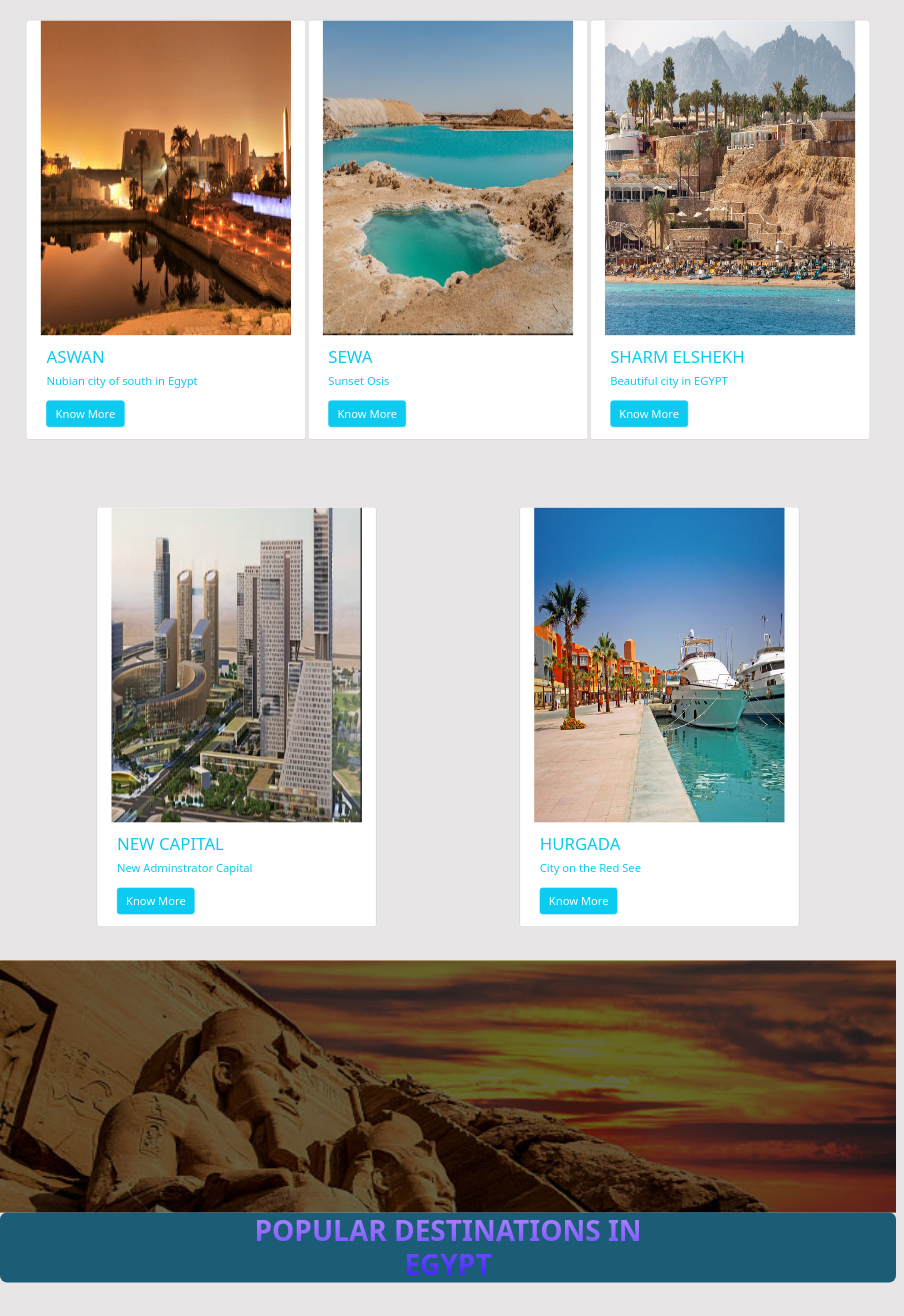
Repository: Ahmed123rezk123/P-temp
Page: index.html
The author's editor kept a copy of each file at every save. The page is drawn from the files as they stood at one save, then again after the next save.
The browser window is 1280 px wide. The page is 1292 px wide, so the pictures cover 1292 px, including what lies to the right of the window. The pictures show the part of the page from y = 4313 to 6193 px (the page is 6193 px tall before and 5833 px after), at 70% of full size.
Backgrounds fixed to the window are drawn as part of the page.

Above is the page before, as saved 2024-02-18 11:48:59.

### index.html
<!DOCTYPE html>
<html lang="en">
  <head>
    <meta charset="UTF-8" />
    <meta name="viewport" content="width=device-width, initial-scale=1.0" />
    <title>Document</title>
    <link rel="stylesheet" href="CSS/all.css" />
    <link
    href="https://cdn.jsdelivr.net/npm/bootstrap@5.1.3/dist/css/bootstrap.min.css"
    rel="stylesheet"
    integrity="sha384-1BmE4kWBq78iYhFldvKuhfTAU6auU8tT94WrHftjDbrCEXSU1oBoqyl2QvZ6jIW3"
    crossorigin="anonymous"
    />
    <link rel="stylesheet" href="CSS/style.css" />
  </head>
  <body>
    <nav class="navbar navbar-expand-lg bg-light sticky-top opacity-75">
      <div class="container-fluid">
        <a class="navbar-brand egypt p-lg-3" href="#">
          <img
            src="images/e2533023876439.5632a45cc17d8.jpg"
            class="img-fluid logo mb-2"
            alt=""
          />
          EGYPT
        </a>
        <button
          class="navbar-toggler"
          type="button"
          data-bs-toggle="collapse"
          data-bs-target="#navbarSupportedContent"
          aria-controls="navbarSupportedContent"
          aria-expanded="false"
          aria-label="Toggle navigation"
        >
          <i class="fas fa-bars"></i>
        </button>
        <div class="collapse navbar-collapse" id="navbarSupportedContent">
          <ul class="navbar-nav me-auto mb-2 mb-lg-0">
            <li class="nav-item">
              <a
                class="nav-link active text-info p-lg-2"
                aria-current="page"
                href="#"
                >Home</a
              >
            </li>
            <li class="nav-item">
              <a class="nav-link text-info p-lg-2" href="#">Link</a>
            </li>
            <li class="nav-item dropdown">
              <a
                class="nav-link dropdown-toggle text-info border rounded border-info border-2 trips p-lg-2"
                href="#"
                id="navbarDropdown"
                role="button"
                data-bs-toggle="dropdown"
                aria-expanded="false"
              >
                Trips
              </a>
              <ul class="dropdown-menu" aria-labelledby="navbarDropdown">
                <li><a class="dropdown-item text-info" href="#">Cairo</a></li>
                <li><a class="dropdown-item text-info" href="#">Alex</a></li>
                <li><hr class="dropdown-divider text-info" /></li>
                <li><a class="dropdown-item text-info" href="#">Aswan</a></li>
                <li><a class="dropdown-item text-info" href="#">Luxor</a></li>
                <li>
                  <a class="dropdown-item text-info" href="#">Sharm Elsaikh</a>
                </li>
                <li>
                  <a class="dropdown-item text-info" href="#">El Glala</a>
                </li>
                <li>
                  <a class="dropdown-item text-info" href="#">More ...</a>
                </li>
              </ul>
            </li>
            <li class="nav-item">
              <a class="nav-link disabled text-info p-lg-2">About</a>
            </li>
          </ul>
          <form class="d-flex">
            <input
              class="form-control border-info me-2"
              type="search"
              placeholder="Search"
              aria-label="Search"
            />
            <button class="btn btn-info me-2 text-light" type="submit">
              Search
            </button>
            <button type="button" class="btn btn-info text-light"  data-bs-toggle="modal" data-bs-target="#exampleModal">
              Login
            </button>

          </form>
        </div>
      </div>
    </nav>
    <!-- start model -->
    <div
    class="modal fade"
    id="exampleModal"
    tabindex="-1"
    aria-labelledby="exampleModalLabel"
    aria-hidden="true"
  >
    <div class="modal-dialog">
      <div class="modal-content">
        <div class="modal-header bg-info">
          <h5 class="modal-title   text-white " id="exampleModalLabel">
            Login
          </h5>
          <button
            type="button"
            class="btn-close bg-light"
            data-bs-dismiss="modal"
            aria-label="Close"
          ></button>
        </div>
        <div class="modal-body text-info">
          <form>
            <div class="mb-3">
              <label for="exampleInputEmail1" class="form-label">Email address</label>
              <input type="email" class="form-control  border border-info" id="exampleInputEmail1" aria-describedby="emailHelp">
              <div id="emailHelp" class="form-text">We'll never share your email with anyone else.</div>
            </div>
            <div class="mb-3">
              <label for="exampleInputPassword1" class="form-label">Password</label>
              <input type="password" class="form-control border border-info" id="exampleInputPassword1">
            </div>
            <div class="form-check form-switch   ">
              <input class="form-check-input bg-info" type="checkbox" role="switch" id="flexSwitchCheckChecked" checked>
              <label class="form-check-label " for="flexSwitchCheckChecked">Remmember me</label>
            </div>
          </form>
        </div>

        <div class="modal-footer">
            <button type="button" class="btn btn-info text-white">Login</button>
          <button type="button" class="btn btn-info text-white"  data-bs-dismiss="modal"  aria-label="Close">
            Close
          </button>

        </div>
      </div>

    </div>
  </div>
  <!-- end model -->

<!--  Section 1-->
<ul class="links">
  <li><a href="#"><i class="fab fa-facebook-square"></i></a></li>
  <li><a href="#"><i class="fab fa-whatsapp-square"></i></a></li>
  <li><a href="#"><i class="fab fa-twitter-square"></i></a></li>
  <li><a href="#"><i class="fab fa-linkedin"></i></a></li>
  <li><a href="#"><i class="fab fa-instagram-square"></i></a></li>
</ul>
<div id="carouselExampleCaptions" class="carousel carousel-white slide" data-bs-ride="carousel">
  <div class="carousel-indicators">
    <button type="button" data-bs-target="#carouselExampleCaptions" data-bs-slide-to="0" class="active" aria-current="true" aria-label="Slide 1"></button>
    <button type="button" data-bs-target="#carouselExampleCaptions" data-bs-slide-to="1" aria-label="Slide 2"></button>
    <button type="button" data-bs-target="#carouselExampleCaptions" data-bs-slide-to="2" aria-label="Slide 3"></button>
    <button type="button" data-bs-target="#carouselExampleCaptions" data-bs-slide-to="3" aria-label="Slide 4"></button>
    <button type="button" data-bs-target="#carouselExampleCaptions" data-bs-slide-to="4" aria-label="Slide 5"></button>
    <button type="button" data-bs-target="#carouselExampleCaptions" data-bs-slide-to="5" aria-label="Slide 6"></button>
  </div>
  <div class="carousel-inner">
    <div class="carousel-item active" data-bs-interval="10000">
      <img src="images/cairo.jpg" class="" alt="...">

      <div class="carousel-caption d-none d-md-block content">
        <h1 class="text-white">CAIRO</h1>
        <p class="text-white">We had such a great time in Egypt</p>
        <button type="button" class="btn btn-info text-white">Visit Us</button>
      </div>

    </div>
    <div class="carousel-item" data-bs-interval="2000">
      <img src="images/Alex.jpg" class="" alt="...">
      <div class="carousel-caption d-none d-md-block content">
        <h1 class="text-white">ALEX</h1>
        <p class="text-white">Alex is great</p>
        <button type="button" class="btn btn-info text-white">Visit Us</button>
      </div>
    </div>
    <div class="carousel-item">
      <img src="images/sharm.jpg" class="" alt="...">
      <div class="carousel-caption d-none d-md-block content">
        <h1 class="text-white">Sharm Elshekh</h1>
        <p class="text-white">Sharm is beautiful</p>
        <button type="button" class="btn btn-info text-white">Visit Us</button>
      </div>
    </div>
    <div class="carousel-item">
      <img src="images/glala.jpg" class="" alt="...">
      <div class="carousel-caption d-none d-md-block col-sm-12 content">
        <h1 class="text-white">El Glala</h1>
        <p class="text-white">I love El Glala</p>
        <button type="button" class="btn btn-info text-white">Visit Us</button>
      </div>
    </div>
    <div class="carousel-item">
      <img src="images/aswan.jpg" class="" alt="...">
      <div class="carousel-caption d-none d-md-block content">
        <h1 class="text-white">Aswan</h1>
        <p class="text-white">I want Visit Aswan</p>
        <button type="button" class="btn btn-info text-white">Visit Us</button>
      </div>
    </div>
    <div class="carousel-item">
      <img src="images/الأقصر-2.jpg" class="" alt="...">
      <div class="carousel-caption d-none d-md-block content">
        <h1 class="text-white">Luxor</h1>
        <p class="text-white">I love this city</p>
        <button type="button" class="btn btn-info text-white">Visit Us</button>
      </div>
    </div>
  </div>
  <button class="carousel-control-prev" type="button" data-bs-target="#carouselExampleCaptions" data-bs-slide="prev">
    <span class="carousel-control-prev-icon text-white" aria-hidden="true"></span>
    <span class="visually-hidden">Previous</span>
  </button>
  <button class="carousel-control-next" type="button" data-bs-target="#carouselExampleCaptions" data-bs-slide="next">
    <span class="carousel-control-next-icon" aria-hidden="true"></span>
    <span class="visually-hidden">Next</span>
  </button>
</div>
<!-- Start section 2 -->
<div class="section2 mb-3 ">
  <div class="content p-4">
    <h2>WELCOME</h2>
    <p>Lorem ipsum, dolor sit amet consectetur adipisicing elit. Nihil provident ullam dolores distinctio maxime nesciunt fugit atque, cumque perspiciatis error vero tempore minus maiores molestiae et rerum voluptatum debitis! Dolorum.</p>
    <button class="btn btn-light text-info">Learn more</button>
  </div>
</div>
<hr>
<!-- End section 2 -->

<!-- start section 3 -->
<div class="section3 mb-3 ">
  <h1>Popular destinations in Egypt</h1>
</div>
<!-- End section 3 -->

<!-- Start section 4 -->
<div id="accordion">

  <div class="card">
    <div class="card-header">
      <a class="btn" data-bs-toggle="collapse" href="#collapseOne">
        GIZA CITY
      </a>
    </div>
    <div id="collapseOne" class="collapse show" data-bs-parent="#accordion">
      <div class="card-body bg-light">
        Lorem ipsum dolor sit, amet consectetur adipisicing elit. Provident possimus earum dolorem quasi ipsum mollitia amet laborum rem soluta.
      </div>
    </div>
  </div>

  <div class="card">
    <div class="card-header card-head">
      <a class="collapsed btn" data-bs-toggle="collapse" href="#collapseTwo">
       LUXOR CITY
      </a>
    </div>
    <div id="collapseTwo" class="collapse" data-bs-parent="#accordion">
      <div class="card-body">
        Lorem ipsum dolor sit, amet consectetur adipisicing elit. Provident possimus earum dolorem quasi ipsum mollitia amet laborum rem soluta.
      </div>
    </div>
  </div>

  <div class="card">
    <div class="card-header card-head">
      <a class="collapsed btn" data-bs-toggle="collapse" href="#collapseThree">
      SHARM ElSAIKH
      </a>
    </div>
    <div id="collapseThree" class="collapse" data-bs-parent="#accordion">
      <div class="card-body">
        Lorem ipsum dolor sit, amet consectetur adipisicing elit. Provident possimus earum dolorem quasi ipsum mollitia amet laborum rem soluta.
      </div>
    </div>
  </div>
</div>
<hr>
<!-- End Section 4 -->


<!-- Start section 5 -->
<div class="section5 ">
  <h1>Translate From Arabic To English</h1>
</div>
<!-- End section 5 -->


<!-- start section 6 -->
  <div class="section6">
    <div class="content">
      <p class="text-white">Write and Translate <button>Press Here</button></p>
      <button type="button" class="btn  text-info bg-white mb-3" data-bs-toggle="tooltip" data-bs-placement="right-bottom" title="Copy to Clipboard"  data-bs-toggle="popover" title="Popover Header" data-bs-content="Some content inside the popover">Copy</button>
      <div class="form-floating">
        <textarea class="form-control" placeholder="translate:" id="floatingTextarea" style="height: 200px"></textarea>
        <label for="floatingTextarea">Translate:</label>
      </div>
    </div>
  </div>
  <hr>
<!-- End section 6 -->
<!-- Start Section 7 -->
<div class="section7 ">
  <h1>Translate From Arabic To French</h1>
</div>
<!-- End Section 7 -->

<!-- start section 8 -->
<div class="section8">
  <div class="content">
    <p class="text-white">Write and Translate <button>Press Here</button></p>
    <button class="btn  text-info bg-white mb-3">Copy</button>
    <div class="form-floating">
      <textarea class="form-control" placeholder="translate:" id="floatingTextarea" style="height: 200px"></textarea>
      <label for="floatingTextarea">Translate:</label>
    </div>
  </div>
</div>
<hr>
<!-- End section 8 -->


<!-- Start Section 9 -->
<div class="section7 ">
  <h1>Translate From Arabic To German</h1>
</div>
<!-- End Section 9 -->

<!-- start section 10 -->
<div class="section8">
  <div class="content">
    <p class="text-white">Write and Translate <button>Press Here</button></p>
    <button class="btn  text-info bg-white mb-3">Copy</button>
    <div class="form-floating">
      <textarea class="form-control" placeholder="translate:" id="floatingTextarea" style="height: 200px"></textarea>
      <label for="floatingTextarea">Translate:</label>
    </div>
  </div>
</div>
<hr>
<!-- End section 10 -->
<!-- Start Section 11 -->
<div class="section11 ">
<div class="overlay">
 <div class="image">
 </div>
</div>
 </div>
<!-- End Section 11 -->
  <!-- Start Section 12 -->
  <div class="section12 text-center mb-5">
    <h1>Popular destinations in Egypt</h1>
  </div>
  <!-- End section 12 -->

  <!-- Start Section 13 -->
    <div class="section13 ">
      <div class="row  d-flex justify-content-around p-5">
      <div class="col-sm-4 card rounded-3" style="width:400px; height: 600px;">
        <img class="card-img-top rounded-top img-fluid ps-2 pe-2 " style="height: 450px;" src="images/cairo-city-egypt-2020(visit).jpg" alt="Card image">
        <div class="card-body">
          <h4 class="card-title text-info">CAIRO</h4>
          <p class="card-text text-info">Capital of Egypt</p>
          <a href="#" class=" btn btn-info text-white">Know More</a>
        </div>
      </div>

      <div class="col-sm-4 card rounded-3" style="width:400px; height: 600px;">
        <img class="card-img-top rounded-top img-fluid ps-2 pe-2 " style="height: 450px;" src="images/Alexandria-City(visit).jpg" alt="Card image">
        <div class="card-body">
          <h4 class="card-title text-info">ALEXANDRIA</h4>
          <p class="card-text text-info">Amazing veiw</p>
          <a href="#" class=" btn btn-info text-white">Know More</a>
        </div>
      </div>

      <div class="col-sm-4 card rounded-3" style="width:400px; height: 600px;">
        <img class="card-img-top rounded-top img-fluid ps-2 pe-2 " style="height: 450px;" src="images/visit1(luxor).jpg" alt="Card image">
        <div class="card-body">
          <h4 class="card-title text-info">LUXOR</h4>
          <p class="card-text text-info">The Capital of ancient Egyptains</p>
          <a href="#" class=" btn btn-info text-white">Know More</a>
        </div>
      </div>
      </div>
      <div class="row d-flex justify-content-around p-5">
      <div class="col-sm-4 card rounded-3" style="width:400px; height: 600px;">
        <img class="card-img-top rounded-top img-fluid ps-2 pe-2 " style="height: 450px;" src="images/visit2(aswan).jpg" alt="Card image">
        <div class="card-body">
          <h4 class="card-title text-info">ASWAN</h4>
          <p class="card-text text-info">Nubian city of south in Egypt</p>
          <a href="#" class=" btn btn-info text-white">Know More</a>
        </div>
      </div>

      <div class="col-sm-4 card rounded-3" style="width:400px; height: 600px;">
        <img class="card-img-top rounded-top img-fluid ps-2 pe-2 " style="height: 450px;" src="images/visit3(sewa).png" alt="Card image">
        <div class="card-body">
          <h4 class="card-title text-info">SEWA</h4>
          <p class="card-text text-info">Sunset Osis</p>
          <a href="#" class=" btn btn-info text-white">Know More</a>
        </div>
      </div>

      <div class="col-sm-4 card rounded-3" style="width:400px; height: 600px;">
        <img class="card-img-top rounded-top img-fluid ps-2 pe-2 " style="height: 450px;" src="images/sharm-el-sheikh-1.jpg" alt="Card image">
        <div class="card-body">
          <h4 class="card-title text-info">SHARM ELSHEKH</h4>
          <p class="card-text text-info">Beautiful city in EGYPT</p>
          <a href="#" class=" btn btn-info text-white">Know More</a>
        </div>
      </div>
</div>
      <div class="row d-flex justify-content-around p-5">
      <div class=" col-sm-6 card rounded-3" style="width:400px; height: 600px;">
        <img class="card-img-top rounded-top img-fluid ps-2 pe-2 " style="height: 450px;" src="images/new bulidimg.jpg" alt="Card image">
        <div class="card-body">
          <h4 class="card-title text-info">NEW CAPITAL</h4>
          <p class="card-text text-info">New Adminstrator Capital</p>
              <a href="#" class=" btn btn-info text-white">Know More</a>
        </div>
      </div>

      <div class="col-sm-6 card rounded-3" style="width:400px; height: 600px;">
        <img class="card-img-top rounded-top img-fluid ps-2 pe-2 " style="height: 450px;" src="images/Hurghada-marina.jpg" alt="Card image">
        <div class="card-body">
          <h4 class="card-title text-info">HURGADA</h4>
          <p class="card-text text-info">City on the Red See</p>
              <a href="#" class=" btn btn-info text-white">Know More</a>
        </div>
      </div>
</div>
    </div>

  <!-- End Section 13 -->

<!-- Start Section 14 -->

<div class="section11 ">
  <div class="overlay">
   <div class="image">
   </div>
  </div>
   </div>
  <!-- End Section 11 -->
    <!-- Start Section 12 -->
    <div class="section12 text-center mb-5">
      <h1>Popular destinations in Egypt</h1>
    </div>
    <!-- End section 12 -->
<!-- End Section 14 -->

  <script
      src="https://cdn.jsdelivr.net/npm/bootstrap@5.1.3/dist/js/bootstrap.bundle.min.js"
      integrity="sha384-ka7Sk0Gln4gmtz2MlQnikT1wXgYsOg+OMhuP+IlRH9sENBO0LRn5q+8nbTov4+1p"
      crossorigin="anonymous"
    >
//   var popoverTriggerList = [].slice.call(document.querySelectorAll('[data-bs-toggle="popover"]'))
// var popoverList = popoverTriggerList.map(function (popoverTriggerEl) {
//   return new bootstrap.Popover(popoverTriggerEl)
// })
  </script>
  </body>
</html>

Loaded but not shown: CSS/all.css (library); CSS/style.css (304 lines, source omitted)

After the next save:
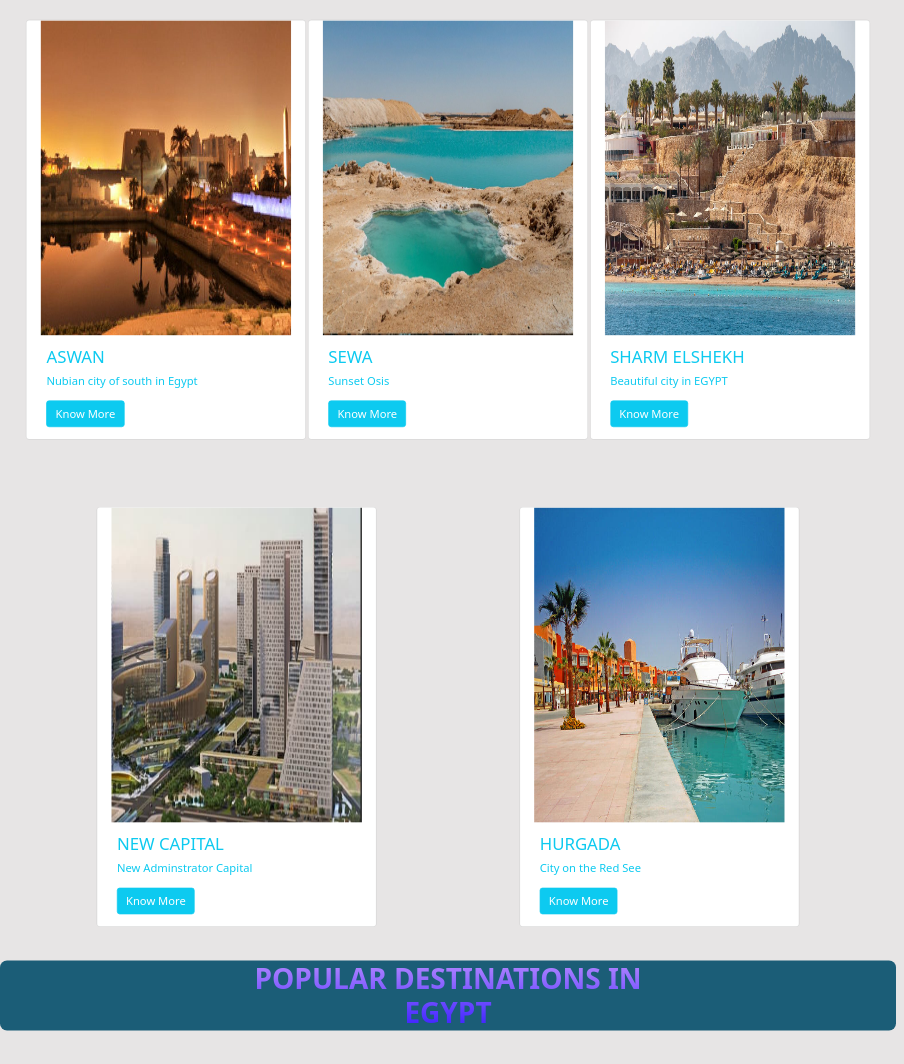
Saved 8 s later.
--- a/index.html
+++ b/index.html
@@ -448,7 +448,7 @@
 
 <!-- Start Section 14 -->
 
-<div class="section11 ">
+<div class="section14 ">
   <div class="overlay">
    <div class="image">
    </div>
